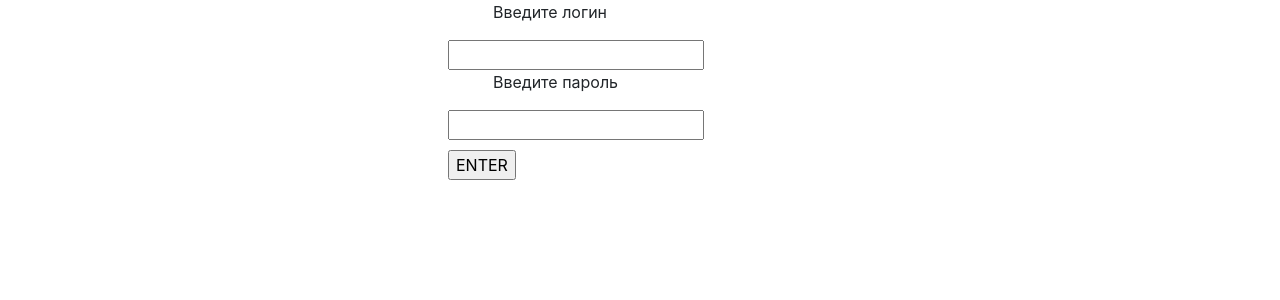
Repository: sMoonBeam/Labs
Page: MyList/WebContent/index.html
These files come from the project's save history. The page is drawn as it stood at one moment and after the next save; the edit follows.
The browser window is 1280 px wide. The pictures show the whole page.

Above is the page before, as saved 2019-10-16 20:43:24.

### MyList/WebContent/index.html
<!DOCTYPE html>
<html>

<head>
<meta charset="UTF-8">
<title>LOGIN</title>
<link href="https://stackpath.bootstrapcdn.com/bootstrap/4.3.1/css/bootstrap.min.css" rel="stylesheet">
</head>
<body>
	<form  action="mylist" method="POST" style="margin-left: 35%;">
		<p style="margin-left:45px;">Введите логин</p>
		<input type="text" name="login" required/>
		<p style="margin-left:45px;">Введите пароль</p>
		<input type="text" name="password"/>
		<br>
		<input style="margin-top: 10px;" type="submit" value="ENTER"/>
	</form>
</body>
</html>

After the next save:
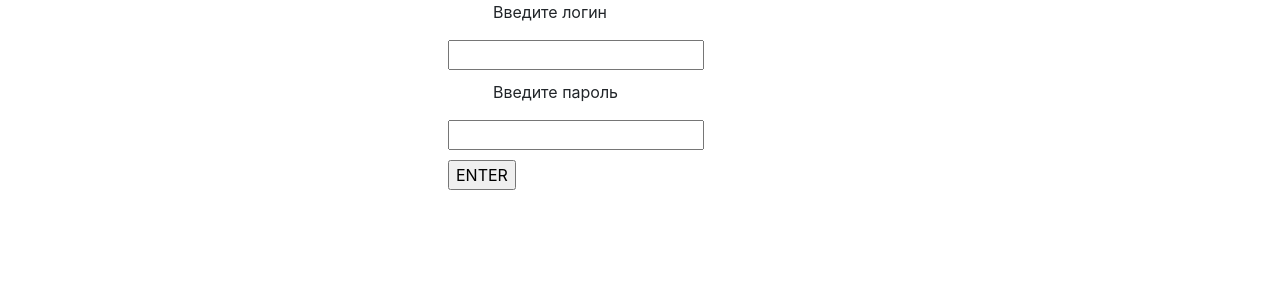
Saved 16 s later.
--- a/MyList/WebContent/index.html
+++ b/MyList/WebContent/index.html
@@ -10,7 +10,7 @@
 	<form  action="mylist" method="POST" style="margin-left: 35%;">
 		<p style="margin-left:45px;">Введите логин</p>
 		<input type="text" name="login" required/>
-		<p style="margin-left:45px;">Введите пароль</p>
+		<p style="margin-left:45px; margin-top: 10px;">Введите пароль</p>
 		<input type="text" name="password"/>
 		<br>
 		<input style="margin-top: 10px;" type="submit" value="ENTER"/>
